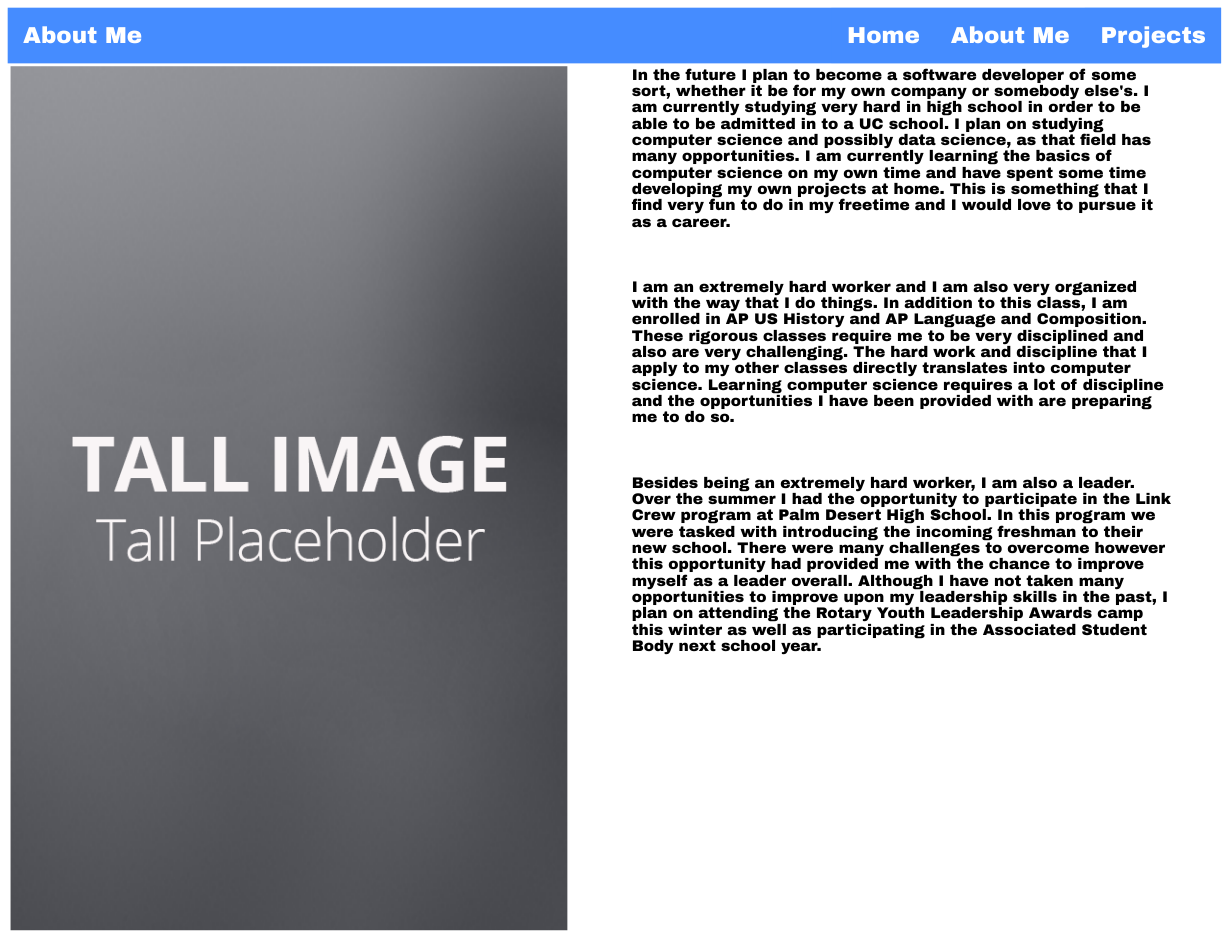
Repository: br4y/br4y.github.io
Page: about.html
The author's editor kept a record of every edit. The page is drawn from the files as they stood at one moment, then again after the next edit.
The browser window is 1280 px wide. The pictures show the whole page, at 96% of full size.

Above is the page before.

### about.html
<!DOCTYPE html>
<link href="StyleSheet.css" rel="stylesheet" type="text/css">
<html>
    <head>
        <div class="navbar">
        <a>About Me</a>
        <div class="links">
          <a href="index.html">Home</a>
          <a class="active" href="about.html">About Me</a>
      <div class="dropdown">
        <div class="morelinks">Projects</div>
        <div class="dropdown-content">
          <a href="#">Projects</a>
          <a href="#">Projects</a>
        </div>
      </div>
     </div>

    </div>
        </head>

        <body>
           <table>
               <tr>
                    <td class="portrait"><img src="images/placeholder-image-tall.png"></img></td>
                    <td class="about-text">
                       In the future I plan to become a software developer of some sort, whether it be for my own company or somebody else's. I am currently studying very hard in high school in order to be able to be admitted in to a UC school. I plan on studying computer science and possibly data science, as that field has many opportunities. I am currently learning the basics of computer science on my own time and have spent some time developing my own projects at home. This is something that I find very fun to do in my freetime and I would love to pursue it as a career.
                       <br></br><br></br>
                       I am an extremely hard worker and I am also very organized with the way that I do things. In addition to this class, I am enrolled in AP US History and AP Language and Composition. These rigorous classes require me to be very disciplined and also are very challenging. The hard work and discipline that I apply to my other classes directly translates into computer science. Learning computer science requires a lot of discipline and the opportunities I have been provided with are preparing me to do so.
                       <br></br><br></br>
                       Besides being an extremely hard worker, I am also a leader. Over the summer I had the opportunity to participate in the Link Crew program at Palm Desert High School. In this program we were tasked with introducing the incoming freshman to their new school. There were many challenges to overcome however this opportunity had provided me with the chance to improve myself as a leader overall. Although I have not taken many opportunities to improve upon my leadership skills in the past, I plan on attending the Rotary Youth Leadership Awards camp this winter as well as participating in the Associated Student Body next school year.
                       <br></br>
                    </td>
               </tr>
           </table>
        </body>
</html>

### StyleSheet.css
       .navbar{
        background-color: #458cff;
        width:100%;
        overflow: hidden;
        font-family:"Arial Black", Gadget, sans-serif;
      }

      .active {

      }
      .navbar a {
        color: white;
        font-size: 24px;
        text-decoration: none;
        padding:16px;
        float:left;
      }

      .links {
        font-family:"Arial Black", Gadget, sans-serif;
        background-color: #458cff;
        color: white;
        float: right;
        text-decoration: none;
        font-size: 24px;
      }

      .morelinks {
        color: white;
        font-size: 24px;
        text-decoration: none;
        padding:16px;
      }

      .navbar a:hover, .morelinks:hover {
        background-color: #3d80eb;
      }

      .dropdown:hover .dropdown-content {
        display:block;
      }

      .dropdown-content {
        position: absolute;
        z-index:  1;
        display:none;
        background-color: #458cff;
        font-family:"Arial Black", Gadget, sans-serif;
      }

      .dropdown {
        font-family:"Arial Black", Gadget, sans-serif;
        background-color: #458cff;
        color: white;
        float: right;
        text-decoration: none;
        font-size: 24px;

      }

      .dropdown-content a{
        float: none;
        display:block;
      }

    .dog {
        width:40px;
        height:40px;
        border-radius:50%;
        padding:5px;
        display:inline;
        vertical-align:middle;
    }

    .portrait {
        height:relative;
        width:50%;
        float:left;
    }

    .about-text {
        text-align:left;
        font-family:"Arial Black", Gadget, sans-serif;
        width:45%;
        height:relative;
        display:inline-block;
        margin-left:15px;
    }

    /*.dropdown:hover .dropdown-content {display: block;}*/
    /*.dropdown-content a:hover {background-color:#2376fc;}*/
    /*.dropdown:hover .dropbtn {background-color: #2376fc;}*/

    table {
        width:100%;
    }

    .column1{
        height:40%;
        float:left;
        padding-left:10%
    }

    .column2 {
        height:40%;
        margin-left:30%;
    }

    .column3 {
        height:40%;
        float: right;
        padding-right:10%;
    }

    .spacerow {
        height:100%;
        padding-top:50px;
        color:white;
        font-size:100px;
    }

    .navbuttons {
        margin-right:10px;
        padding-right:20px;
        background-color:#458cff;
        display:inline-block;
        text-align: right;
        color:white;
        font-size:75%;
        font-family:"Arial Black", Gadget, sans-serif;
    }

After the next edit:
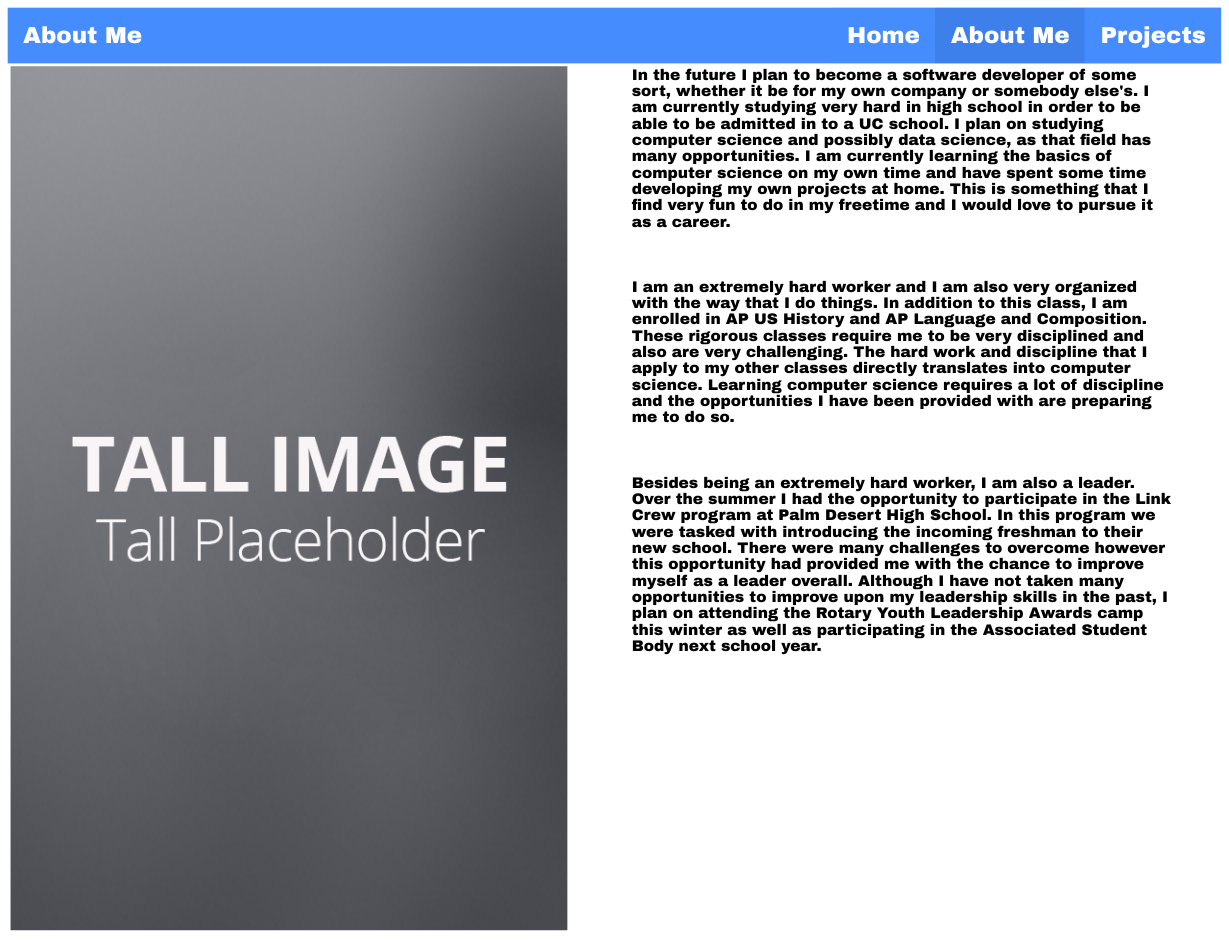
The edit:
--- a/StyleSheet.css
+++ b/StyleSheet.css
@@ -6,8 +6,9 @@
       }
 
       .active {
+        background-color:#3d80eb;;
+      }
 
-      }
       .navbar a {
         color: white;
         font-size: 24px;
